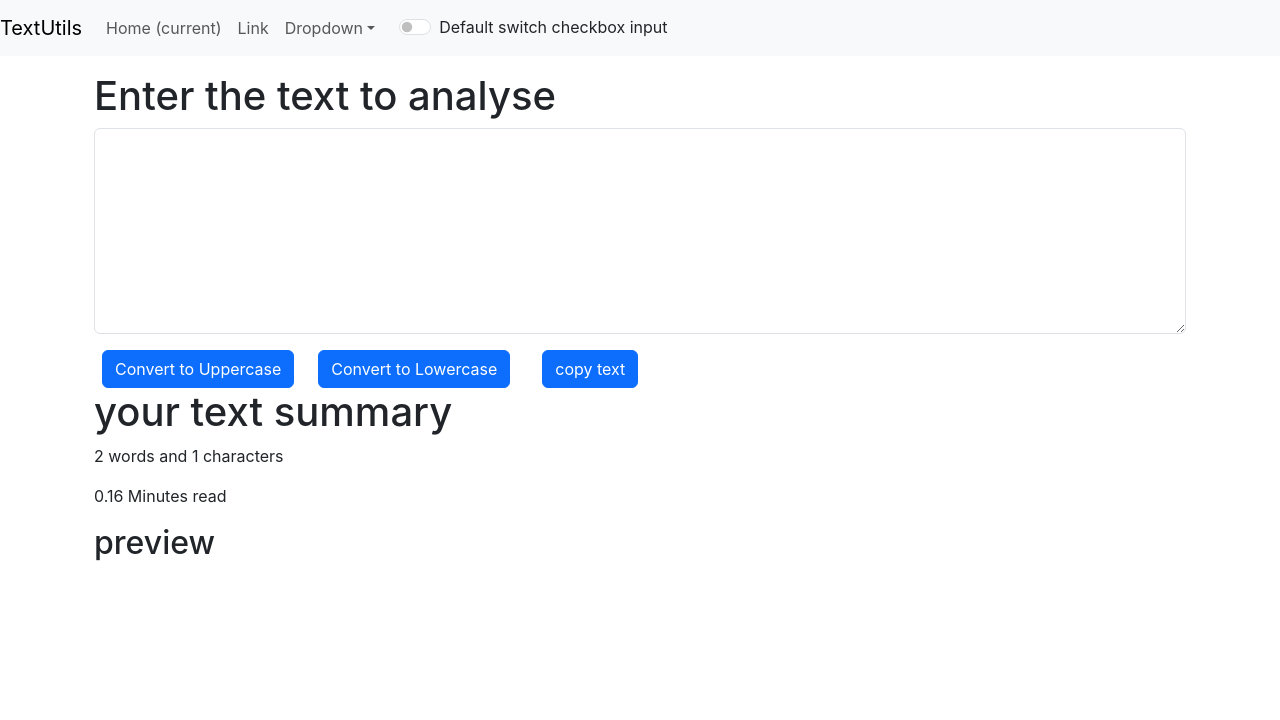
Repository: Aastha1035/React.navbar
Page: /
These files come from the project's save history. The page is drawn as it stood at one moment and after a run of saves; the edit follows.
The browser window is 1280 px wide. The pictures show the whole page.
The project was rebuilt for these pictures with package versions that can differ from the ones it lists, and the page was loaded fresh each time. Also part of the build but not shown: src/App.css.

Above is the page before, as saved 2024-07-18 01:18:12.

After the next 2 saves:
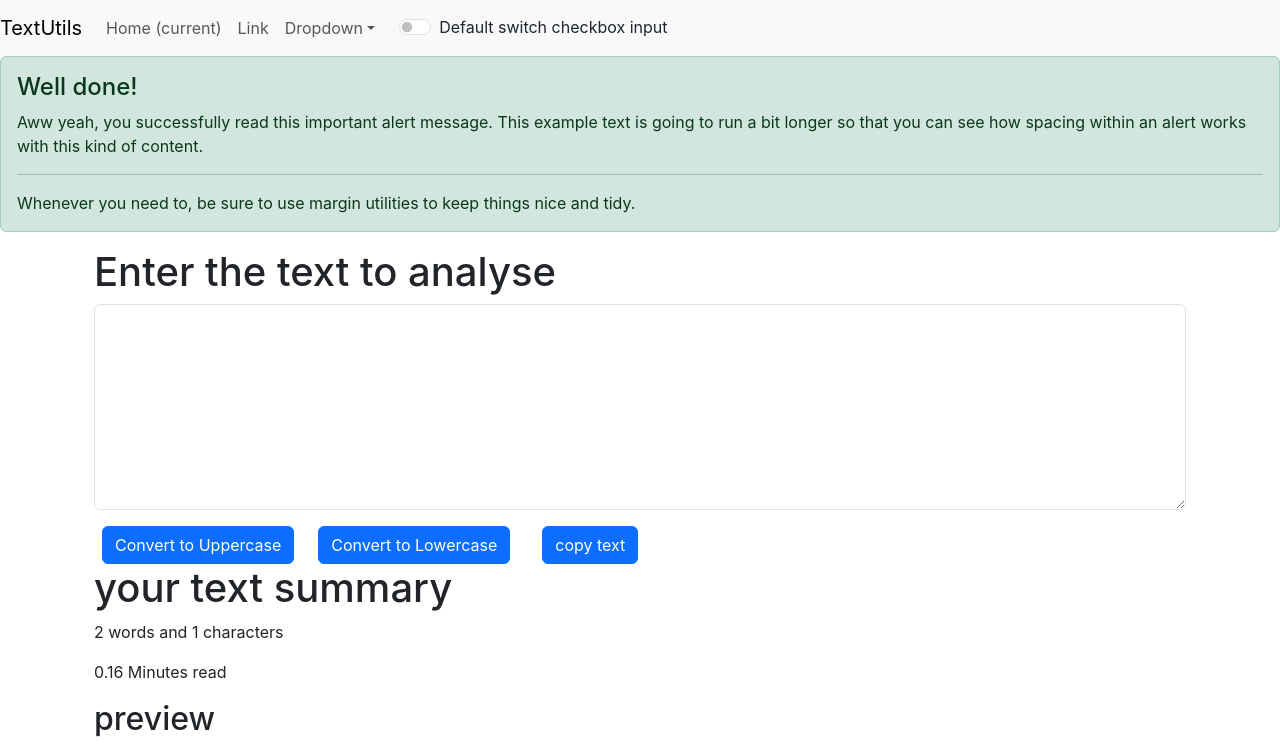
The 2 saves are shown as one change because 1 did not build or start.
The last was saved 109 s later.
--- a/src/App.js
+++ b/src/App.js
@@ -4,6 +4,7 @@ import './App.css';
 import Navbar from './components/Navbar';
 import Textform from './components/Textform';
 import React, {useState} from 'react';
+import Alert from './components/Alert';
 
 function App() {
   const [mode, setMode] = useState('light');
@@ -21,6 +22,7 @@ function App() {
   return (
     <>
    < Navbar title="TextUtils" mode={mode} toggleMode={toggleMode}/>
+   <Alert/>
    <div className="container my-3">
    <Textform heading="Enter the text to analyse"/>
    </div>
